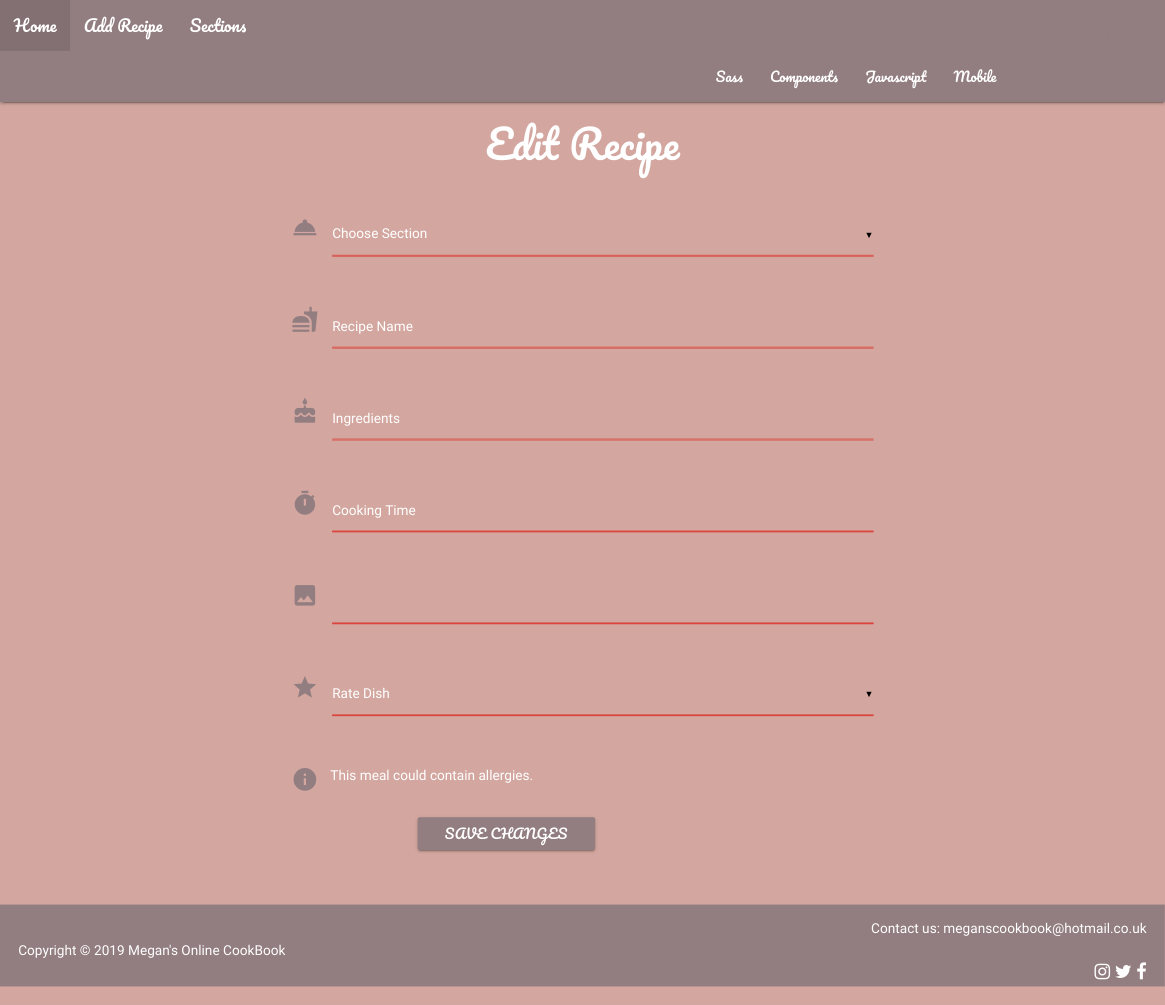
Repository: megananne/online-cook-book
Page: templates/editrecipe.html
The author's editor kept a record of every edit. The page is drawn from the files as they stood at one moment, then again after the next edit.
The browser window is 1280 px wide. The pictures show the whole page, at 91% of full size.
Some web libraries are served in a nearby version. The page is served by the project's application, run on Flask 3 (app.py). The template is opened directly, without the code that normally fills it, so the values that code supplies are empty.

Above is the page before.

After the next edit:
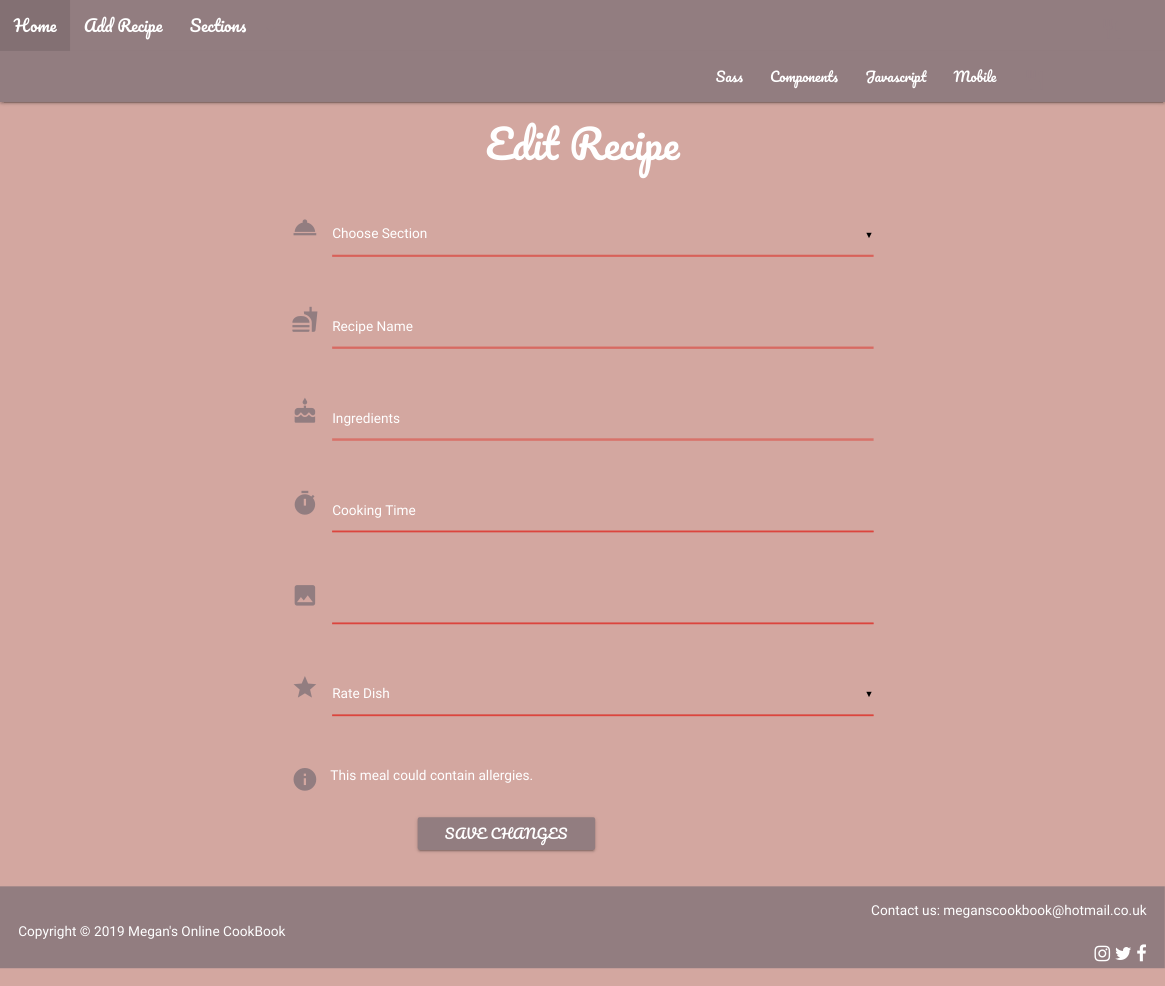
The edit:
--- a/templates/editrecipe.html
+++ b/templates/editrecipe.html
@@ -63,14 +63,11 @@
             </div>
         </div>
 
-<div class="row">
-    <button class="waves-effect  btn savechangesbtn" type="submit" name="action">Save Changes
+        <div class="row">
+            <button class="waves-effect  btn savechangesbtn" type="submit" name="action">Save Changes
 
              </button>
-</div>
-<div class="row">
-
-</div>
-</form>
+        </div>
+    </form>
 </div>
 {% endblock %}
